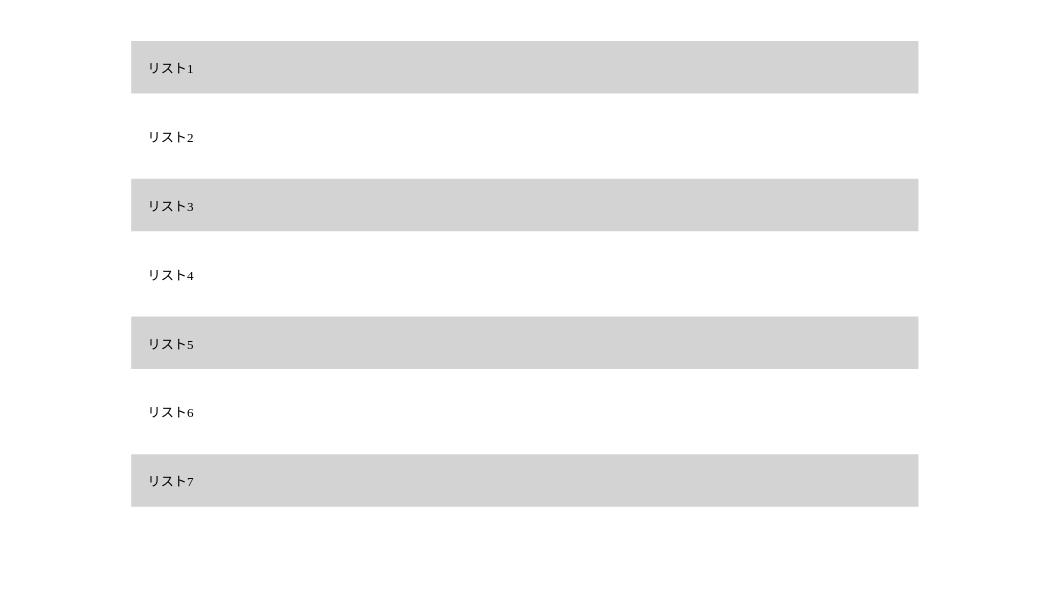
Repository: hayase-m/Webcamp
Page: chapter8/chapter8.html
The author's editor kept a record of every edit. The page is drawn from the files as they stood at one moment, then again after the next edit.
The browser window is 1280 px wide. The pictures show the whole page, at 82% of full size.

Above is the page before.

After the next edit:
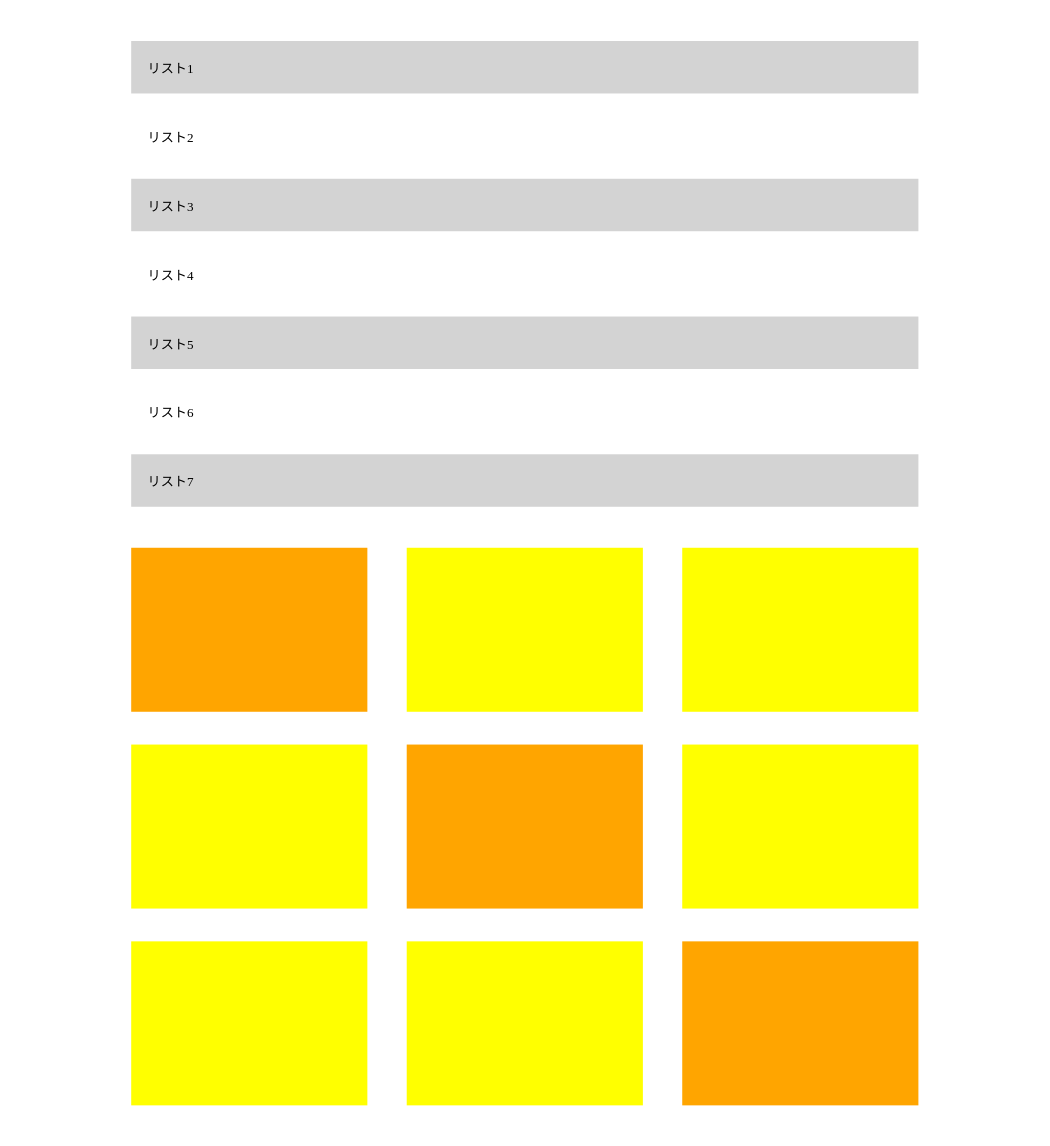
The edit:
--- a/chapter8/chapter8.html
+++ b/chapter8/chapter8.html
@@ -20,15 +20,16 @@
   </ul>
 
   <div class="box_parents">
-    <div class="box1"></div>
-    <div class="box2"></div>
-    <div class="box3"></div>
-    <div class="box4"></div>
-    <div class="box5"></div>
-    <div class="box6"></div>
-    <div class="box7"></div>
-    <div class="box8"></div>
-    <div class="box9"></div>
+    <div class="box"></div>
+    <div class="box"></div>
+    <div class="box"></div>
+    <div class="box"></div>
+    <div class="box"></div>
+    <div class="box"></div>
+    <div class="box"></div>
+    <div class="box"></div>
+    <div class="box"></div>
+  </div>
 
   </main>
 </body>
